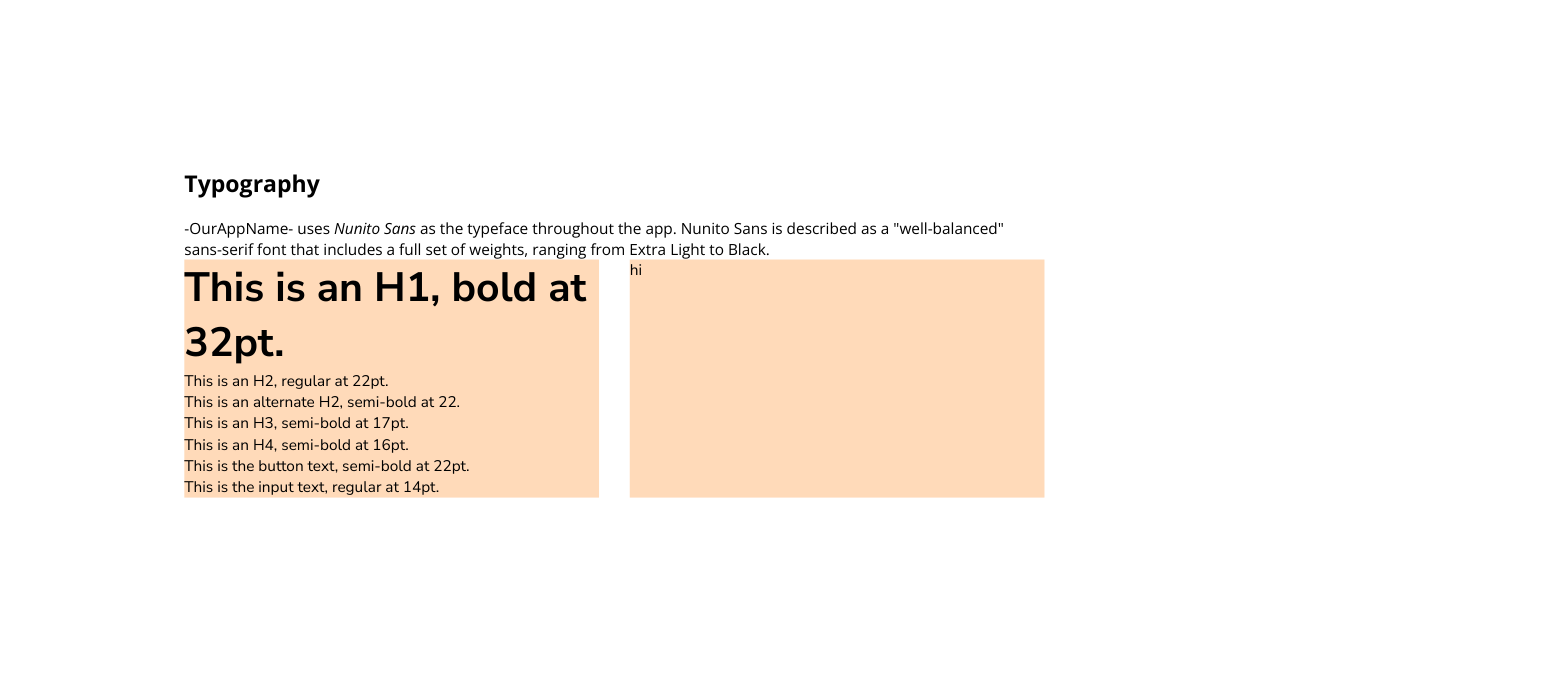
Repository: seohyun9672/Timearth-A6Styleguide
Page: page2.html
An editor plug-in stored every save of this project. The page is shown before and after the next save, followed by the edit.
The browser window is 1280 px wide. The page is 1632 px wide, so the pictures cover 1632 px, including what lies to the right of the window. The pictures show the part of the page from y = 1642 to 2370 px (the page is 2352 px tall before and 2370 px after), at 96% of full size.

Above is the page before, as saved 2022-03-20 19:47:55.

After the next save:
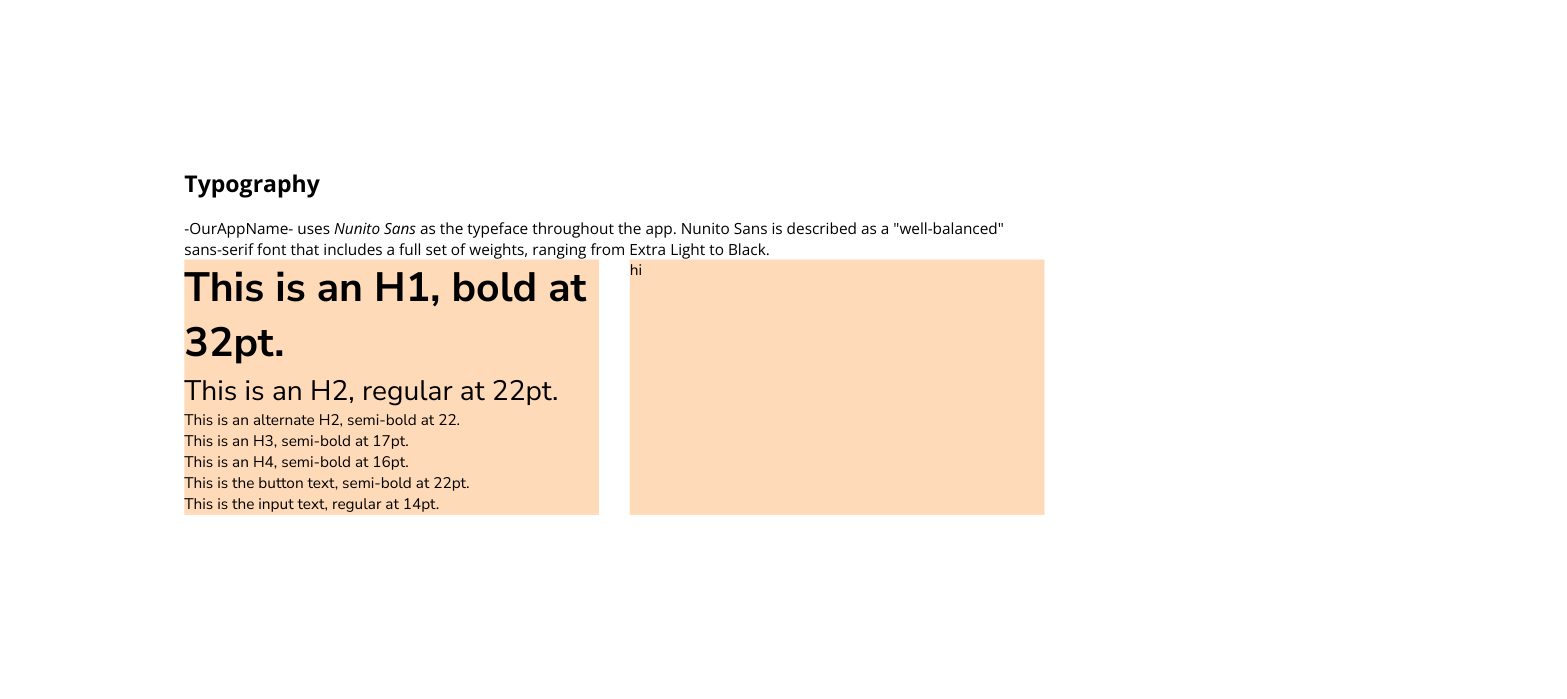
Saved 14 s later.
--- a/stylesheet.css
+++ b/stylesheet.css
@@ -117,3 +117,6 @@ li a:hover {
     font-weight: bold;
     font-size:32pt;
 }
+.nh2 {
+    font-size:22pt;
+}
